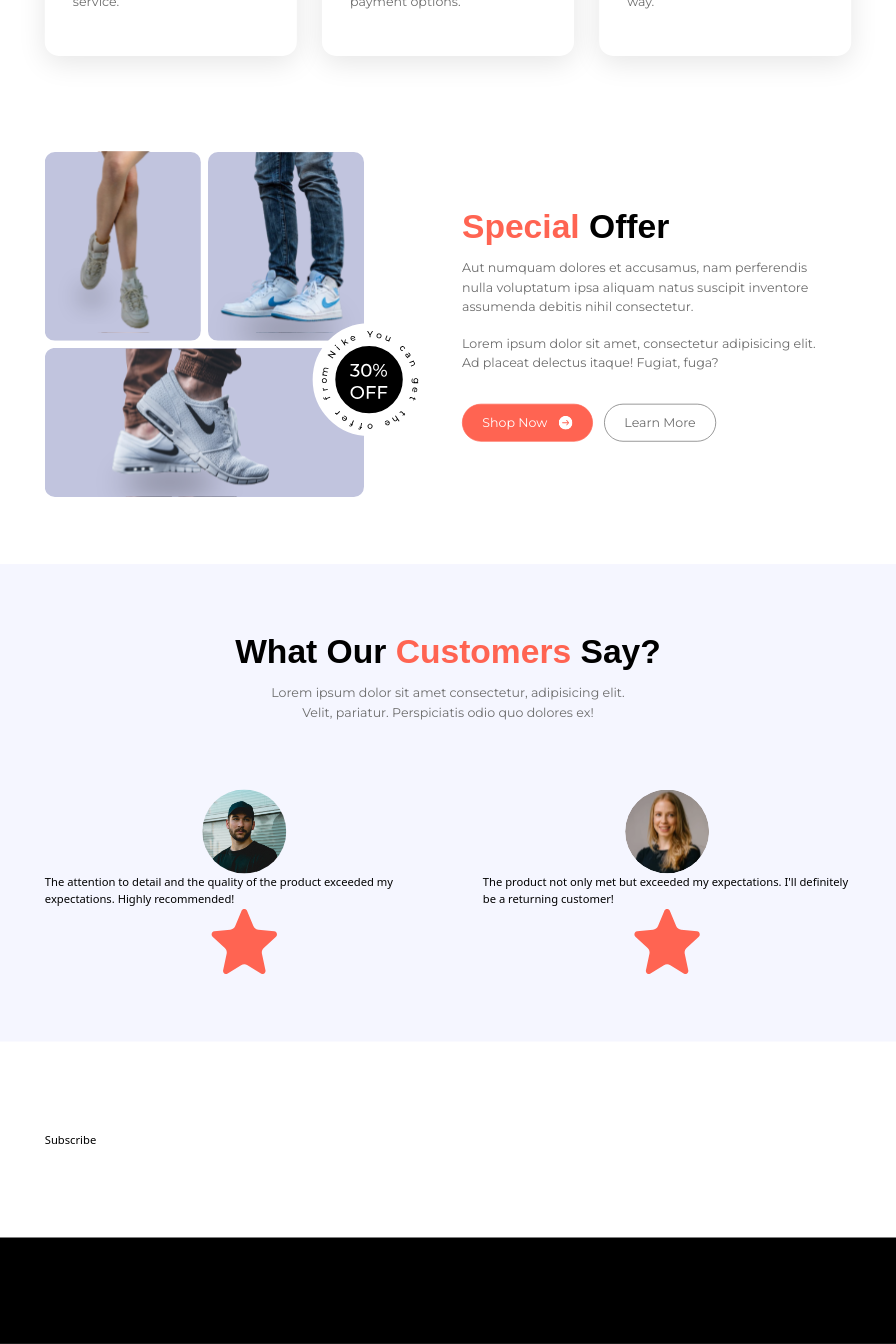
Repository: tynoschuck/nike-landpage
Page: /
The author's editor kept a copy of each file at every save. The page is drawn from the files as they stood at one save, then again after the next save.
The browser window is 1280 px wide. The pictures show the part of the page from y = 2627 to 4547 px (the page is 4547 px tall before and 4475 px after), at 70% of full size.
Some web fonts or font styles are not loaded; a fallback is used. The project was rebuilt for these pictures with package versions that can differ from the ones it lists, and the page was loaded fresh each time. Also part of the build but not shown: vite.config.js.

Above is the page before, as saved 2023-12-01 12:20:48.

### index.html
<!doctype html>
<html lang="en">
  <head>
    <meta charset="UTF-8" />
    <link rel="icon" type="image/svg+xml" href="favicon.ico?" />
    <meta name="viewport" content="width=device-width, initial-scale=1.0" />
    <title>Nike Site</title>
  </head>
  <body>
    <div id="root"></div>
    <script type="module" src="/src/main.jsx"></script>
  </body>
</html>

### src/App.jsx
import Nav from "./components/Nav";
import { Hero, PopularProducts, CustomerReviews, Footer, Services, SpecialOffer, Subscribe, SuperQuality } from "./sections";

const App = () => (
  <main className="relative">
    <Nav />
    <section className="xl:padding-l wide:padding-r padding-b">
      <Hero />
    </section>
    <section className="padding">
      <PopularProducts />
    </section>
    <section className="padding">
      <SuperQuality />
    </section>
    <section className="padding-x py-10">
      <Services />
    </section>
    <section className="padding">
      <SpecialOffer />
    </section>
    <section className="padding bg-pale-blue">
      <CustomerReviews />
    </section>
    <section className="padding-x sm:py-32 py-16 w-full">
      <Subscribe />
    </section>
    <section className="padding-x padding-t pb-8 bg-black">
      <Footer />
    </section>
  </main>
);

export default App;

### src/components/Nav.jsx
import { headerLogo } from '../assets/images';
import { hamburger } from '../assets/icons';
import { navLinks } from '../constants';

const Nav = () => {
  return (
    <header className='padding-x py-8 absolute z-10 w-full'>
      <nav className='flex justify-between items-center max-container'>
        <a href="/">
          <img
            src={headerLogo}
            alt="logo"
            width={130}
            height={29}
          />
        </a>
        <ul className='flex-1 flex justify-center items-center gap-16 max-lg:hidden'>
          {navLinks.map((item) => (
            <li key={item.label}>
              <a
                href={item.href}
                className="font-montserrat leading-normal text-lg text-slate-gray"
              >
                {item.label}
              </a>
            </li>
          ))}
        </ul>
        <div className='hidden max-lg:block'>
          <img
            src={hamburger}
            alt="Hamburger"
            width={25}
            height={25}
          />
        </div>
      </nav>
    </header>
  )
}

export default Nav

### src/sections/index.js
import Hero from "./Hero";
import PopularProducts from "./PopularProducts";
import Footer from "./Footer";
import CustomerReviews from "./CustomerReviews";
import Services from "./Services";
import SpecialOffer from "./SpecialOffer";
import Subscribe from "./Subscribe";
import SuperQuality from "./SuperQuality";

export {
  Hero,
  PopularProducts,
  Footer,
  CustomerReviews,
  Services,
  SpecialOffer,
  Subscribe,
  SuperQuality,
};

### src/assets/images/index.js
import bigShoe1 from './big-shoe1.png'
import bigShoe2 from './big-shoe2.png'
import bigShoe3 from './big-shoe3.png'

import customer1 from './customer1.jpeg'
import customer2 from './customer2.svg'

import footerLogo from './footer-logo.svg'
import headerLogo from './header-logo.svg'

import offer from './offer.svg'

import shoe4 from './shoe4.svg'
import shoe5 from './shoe5.svg'
import shoe6 from './shoe6.svg'
import shoe7 from './shoe7.svg'
import shoe8 from './shoe8.svg'

import thumbnailBackground from './thumbnail-background.svg'
import thumbnailShoe1 from './thumbnail-shoe1.svg'
import thumbnailShoe2 from './thumbnail-shoe2.svg'
import thumbnailShoe3 from './thumbnail-shoe3.svg'

export {
    bigShoe1,
    bigShoe2,
    bigShoe3,

    customer1,
    customer2,

    footerLogo,
    headerLogo,

    offer,
    shoe4,
    shoe5,
    shoe6,
    shoe7,
    shoe8,

    thumbnailBackground,
    thumbnailShoe1,
    thumbnailShoe2,
    thumbnailShoe3
}

### src/assets/icons/index.js
import arrowRight from './arrow-right.svg'
import chevronLeft from './chevron-left.svg'
import cheveronRight from './chevron-right.svg'
import copyrightSign from './copyright-sign.svg'
import facebook from './facebook.svg'
import hamburger from './hamburger.svg'
import instagram from './instagram.svg'
import support from './support.svg'
import shieldTick from './shield-tick.svg'
import star from './star.svg'
import truckFast from './truck-fast.svg'
import twitter from './twitter.svg'

export {
    arrowRight,
    cheveronRight,
    chevronLeft,
    copyrightSign,
    facebook,
    hamburger,
    instagram,
    support,
    shieldTick,
    star,
    truckFast,
    twitter
}

### src/constants/index.js
import { facebook, instagram, shieldTick, support, truckFast, twitter } from "../assets/icons";
import { bigShoe1, bigShoe2, bigShoe3, customer1, customer2, shoe4, shoe5, shoe6, shoe7, thumbnailShoe1, thumbnailShoe2, thumbnailShoe3 } from "../assets/images";

export const navLinks = [
    { href: "#home", label: "Home" },
    { href: "#about-us", label: "About Us" },
    { href: "#products", label: "Products" },
    { href: "#contact-us", label: "Contact Us" },
];

export const shoes = [
    {
        thumbnail: thumbnailShoe1,
        bigShoe: bigShoe1,
    },
    {
        thumbnail: thumbnailShoe2,
        bigShoe: bigShoe2,
    },
    {
        thumbnail: thumbnailShoe3,
        bigShoe: bigShoe3,
    },
];

export const statistics = [
    { value: '1k+', label: 'Brands' },
    { value: '500+', label: 'Shops' },
    { value: '250k+', label: 'Customers' },
];

export const products = [
    {
        imgURL: shoe4,
        name: "Nike Air Jordan-01",
        price: "$200.20",
        rating: "(4.2)",
    },
    {
        imgURL: shoe5,
        name: "Nike Air Jordan-10",
        price: "$210.20",
        rating: "(4.8)",
    },
    {
        imgURL: shoe6,
        name: "Nike Air Jordan-100",
        price: "$220.20",
        rating: "(4.5)",
    },
    {
        imgURL: shoe7,
        name: "Nike Air Jordan-001",
        price: "$230.20",
        rating: "(4.2)",
    },
];

export const services = [
    {
        imgURL: truckFast,
        label: "Free shipping",
        subtext: "Enjoy seamless shopping with our complimentary shipping service."
    },
    {
        imgURL: shieldTick,
        label: "Secure Payment",
        subtext: "Experience worry-free transactions with our secure payment options."
    },
    {
        imgURL: support,
        label: "Love to help you",
        subtext: "Our dedicated team is here to assist you every step of the way."
    },
];

export const reviews = [
    {
        imgURL: customer1,
        customerName: 'Morich Brown',
        rating: 4.5,
        feedback: "The attention to detail and the quality of the product exceeded my expectations. Highly recommended!"
    },
    {
        imgURL: customer2,
        customerName: 'Lota Mongeskar',
        rating: 4.5,
        feedback: "The product not only met but exceeded my expectations. I'll definitely be a returning customer!"
    }
];


export const footerLinks = [
    {
        title: "Products",
        links: [
            { name: "Air Force 1", link: "/" },
            { name: "Air Max 1", link: "/" },
            { name: "Air Jordan 1", link: "/" },
            { name: "Air Force 2", link: "/" },
            { name: "Nike Waffle Racer", link: "/" },
            { name: "Nike Cortez", link: "/" },
        ],
    },
    {
        title: "Help",
        links: [
            { name: "About us", link: "/" },
            { name: "FAQs", link: "/" },
            { name: "How it works", link: "/" },
            { name: "Privacy policy", link: "/" },
            { name: "Payment policy", link: "/" },
        ],
    },
    {
        title: "Get in touch",
        links: [
            { name: "customer@nike.com", link: "mailto:customer@nike.com" },
            { name: "+92554862354", link: "tel:+92554862354" },
        ],
    },
];

export const socialMedia = [
    { src: facebook, alt: "facebook logo" },
    { src: twitter, alt: "twitter logo" },
    { src: instagram, alt: "instagram logo" },
];

### src/sections/Hero.jsx
import { useState } from "react";
import { arrowRight } from "../assets/icons";
import Button from "../components/Button";
import { shoes, statistics } from "../constants";
import { bigShoe1 } from "../assets/images";
import Shoecard from "../components/Shoecard";

const Hero = () => {

  const [bigShoeImg, setBigShoeImg] = useState(bigShoe1)

  return (
    <section
      id="home"
      className="w-full flex xl:flex-row flex-col justify-center min-h-screen gap-10 max-container">
        <div className="relative xl:w-2/5 flex flex-col justify-center items-start w-full max-xl:padding-x pt-28">
          <p className="text-xl font-montserrat text-coral-red">Our Summer Collection</p>
          <h1 className="mt-10 font-palanquin text-8xl max-sm:text-[72px] max-sm:leading-[82px] font-bold">
            <span className="xl:bg-white xl:whitespace-nowrap relative z-10 pr-10">The New Arrival</span>
            <br />
            <span className="text-coral-red inline-block mt-3">Nike</span> Shoes
          </h1>
          <p className="font-montserrat text-slate-gray text-lg leading-8 mt-6 mb-14 sm:max-w-sm"> Discover the new arrivals</p>
          <Button label='Shop now' iconUrl={arrowRight}/>
          <div className="flex justify-start items-start flex-wrap w-full mt-20 gap-16">
            {statistics.map((stat) => (
              <div key={stat.label}>
                <p className="text-4xl font-palanquin font-bold">
                  {stat.value}
                </p>
                <p className="leading-7 font-montserrat text-slate-gray">
                  {stat.label}
                </p>
              </div>
            ))}
          </div>
        </div>
        <div className="relative flex-1 flex justify-center items-center xl:min-h-screen max-xl:py-40 bg-primary bg-hero bg-cover bg-center">
          <img
            src={bigShoeImg}
            alt="shoe collection"
            width={610}
            height={500}
            className="object-contain relative z-10"
          />
          <div className="flex sm:gap-6 gap-4 absolute -bottom-[5%] sm:left-[10%] max-sm:px-6">
            {shoes.map((shoe,) => (
              <div key={shoe}>
                <Shoecard
                  imgURL={shoe}
                  changeBigShoeImage={(shoe) => setBigShoeImg (shoe)}
                  bigShoeImg={bigShoeImg}
                />
              </div>
            ))}
          </div>

        </div>
      </section>
  )
}

export default Hero

### src/sections/PopularProducts.jsx
import PopularProductCard from "../components/PopularProductCard"
import { products } from "../constants"

const PopularProducts = () => {
  return (
    <section
      id="products"
      className="max-container max-sm:mt-12"
    >
      <div className="flex flex-col justify-start gap-5">
        <h2 className="text-4xl font-palanquin font-bold">Lorem <span className="text-coral-red
        ">ipsum</span> dolor sit amet </h2>
        <p className="lg:max-w-lg mt-2 font-montserrat">Deleniti aliquid, dolorum quod velit possimus quibusdam sed sit voluptatum hic minima. </p>
      </div>
      <div className="mt-16 grid lg:grid-cols-4 md:grid-cols-3 sm:grid-cols-2 grid-cols-1 sm:gap-6 gap-14">
        {products.map((product) =>(
          <PopularProductCard
            key={product.name}
            {...product}
          />
        ))}
      </div>
    </section>
  )
}

export default PopularProducts

### src/sections/CustomerReviews.jsx
import ReviewCard from "../components/ReviewCard"
import { reviews } from "../constants"

const CustomerReviews = () => {
  return (
    <section className="max-container">
      <h3 className="font-palanquin text-center text-4xl font-bold">
        What Our <span className="text-coral-red">Customers</span> Say?
      </h3>
      <p className="info-text m-auto mt-4 max-w-lg text-center">
        Lorem ipsum dolor sit amet consectetur, adipisicing elit. Velit, pariatur. Perspiciatis odio quo dolores ex!
      </p>
      <div className="mt-24 flex flex-1 justify-evenly items-center max-lg:flex-col gap-14">
        {reviews.map((review) => (
          <ReviewCard
            key={review.customerName}
            imgURL={review.imgURL}
            customerName={review.customerName}
            rating={review.rating}
            feedback={review.feedback}
          />
        ))}
      </div>
    </section>
  )
}

export default CustomerReviews

### src/sections/Services.jsx
import ServiceCard from "../components/ServiceCard"
import { services } from "../constants"

const Services = () => {
  return (
    <section className="max-container flex justify-center flex-wrap gap-9">
      {services.map((service) => (
        <ServiceCard
        key={service.label}
        {...service} />
      ))}
    </section>
  )
}

export default Services

### src/sections/SpecialOffer.jsx
import { arrowRight } from "../assets/icons"
import { offer } from "../assets/images"
import Button from "../components/Button"

const SpecialOffer = () => {
  return (
    <section className="flex justify-wrap items-center max-xl:flex-col-reverse gap-10 max-container">
      <div className="flex-1">
        <img
          src={offer}
          width={772}
          height={687}
          className="object-contain w-full"
        />
      </div>
      <div className="flex flex-1 flex-col">
        <h2 className="font-palanquin text-4xl capitalize font-bold lg:max-w-lg">
          <span className="text-coral-red">Special</span> Offer
        </h2>
        <p className="mt-4 lg:max-w-lg info-text">Aut numquam dolores et accusamus, nam perferendis nulla voluptatum ipsa aliquam natus suscipit inventore assumenda debitis nihil consectetur.</p>
        <p className="mt-6 lg:max-w-lg info-text">Lorem ipsum dolor sit amet, consectetur adipisicing elit. Ad placeat delectus itaque! Fugiat, fuga?</p>
        <div className="mt-11 flex flex-wrap gap-4">
          <Button
          label='Shop Now'
          iconUrl={arrowRight}
          />
          <Button
          label='Learn More'
          backgroundColor='bg-white'
          borderColor='border-slate-gray'
          textColor='text-slate-gray'
          />
        </div>
      </div>
    </section>
  )
}

export default SpecialOffer

### src/sections/SuperQuality.jsx
import Button from "../components/Button"
import { shoe8 } from "../assets/images"

const SuperQuality = () => {
  return (
    <section
      id="about-us"
      className="flex justify-between items-center max-lg:flex-col gap-10 w-full max-container"
    >
      <div className="flex flex-1 flex-col">
        <h2 className="font-palanquin text-4xl capitalize font-bold lg:max-w-lg">
          We Provide You <span className="text-coral-red">Super</span> <span className="text-coral-red">Quality</span> Shoes

        </h2>
        <p className="mt-4 lg:max-w-lg info-text">Lorem ipsum dolor sit amet, consectetur adipisicing elit. Aut numquam dolores et accusamus, nam perferendis nulla voluptatum ipsa aliquam natus suscipit inventore assumenda debitis nihil consectetur.</p>
        <p className="mt-6 lg:max-w-lg info-text">Ad placeat delectus itaque! Fugiat, fuga?</p>
        <div className="mt-11">
          <Button label='View Details' /></div>
        </div>
        <div className="flex-1 flex justify-center items-center">
          <img
            src={shoe8}
            alt="shoe8"
            width={570}
            height={522}
            className="object-contain"
          />
        </div>
    </section>
  )
}

export default SuperQuality

### src/components/Button.jsx
const Button = ({ label, iconUrl, backgroundColor, borderColor, textColor }) => {
  return (
    <button className={`flex justify-center items-center gap-2 px-7 py-4 border font-montserrat text-lg leading-none
    ${backgroundColor
    ? `${backgroundColor} ${textColor} ${borderColor}`
    :  'bg-coral-red  text-white border-coral-red'} rounded-full`}>
      {label}
      {iconUrl && <img
        src={iconUrl}
        alt="arrow right icon"
        className="ml-2 rounded-full w-5 h-5"
      />}
    </button>
  )
}

export default Button

### src/components/Shoecard.jsx
const Shoecard = ({ imgURL, changeBigShoeImage, bigShoeImg }) => {

  const handleClick =() => {
    if(bigShoeImg !== imgURL.bigShoe) {
      changeBigShoeImage(imgURL.bigShoe)
    }
  }

  return (
    <div
      className={`border-2 rounded-xl ${bigShoeImg === imgURL.bigShoe ? 'border-coral-red' : 'border-transparent'} cursor-pointer max-sm:flex-1`}
      onClick={handleClick}
    >
      <div className="flex justify-center items-center bg-card bg-center bg-cover sm:w-40 sm:h-40 rounded-xl max-sm:p-4">
        <img
          src={imgURL.thumbnail}
          alt='shoe collection'
          width={127}
          height={103}
          className="object-contain"
        />
      </div>
    </div>
  )
}

export default Shoecard

### src/components/PopularProductCard.jsx
import { star } from "../assets/icons"

const PopularProductCard = ({ imgURL, name, price, rating }) => {
  return (
    <div className="flex flex-1 flex-col w-full max-sm:w-full">
      <img src={imgURL} alt={name} height={280} width={280} />
      <div className="mt-8 flex justify-start gap-2.5">
        <img src={star} alt="rating" height={24} width={24} />
        <p className="font-montserrat text-xl leading-normal text-slate-gray">{rating}</p>
      </div>
      <h3 className="mt-2 text-2xl leading-normal font-semibold font-palanquin">{name}</h3>
      <p className="mt-2 font-semibold font-montserrat text-coral-red text-2xl leading-normal">{price}</p>
    </div>
  )
}

export default PopularProductCard

### src/components/ReviewCard.jsx
import { star } from "../assets/icons"

const ReviewCard = ({ imgURL, customerName, rating, feedback }) => {
  return (
    <div className="flex justify-center items-center flex-col">
      <img
        src={imgURL}
        alt="customer"
        className="rounded-full object-cover"
        width={120}
        height={120}
      />
      <p>{feedback}</p>
      <div>
        <img
        src={star}
        alt="star"
        className="w-24 h-24 object-contain m-0"
        width={20}
        />
      </div>
    </div>
  )
}

export default ReviewCard

### src/components/ServiceCard.jsx
const ServiceCard = ({ imgURL, label, subtext }) => {
  return (
    <div className="flex-1 sm:w-[350px] sm:min-w-[350px] w-full rounded-[20px] shadow-3xl px-10 py-16">
      <div className="w-11 h-11 flex justify-center items-center bg-coral-red rounded-full">
        <img src={imgURL} alt={label} width={24} height={24} />
      </div>
      <h3 className="mt-5 font-palanquin text-3xl leading-normal font-bold">{label}</h3>
      <p className="mt-3 break-words font-montserrat text-lg leading-normal text-slate-gray">{subtext}</p>
    </div>
  )
}

export default ServiceCard

Loaded but not shown: src/main.jsx (common file); src/index.css (common file); src/sections/Footer.jsx (common file); src/sections/Subscribe.jsx (common file); tailwind.config.js (common file)

After the next save:
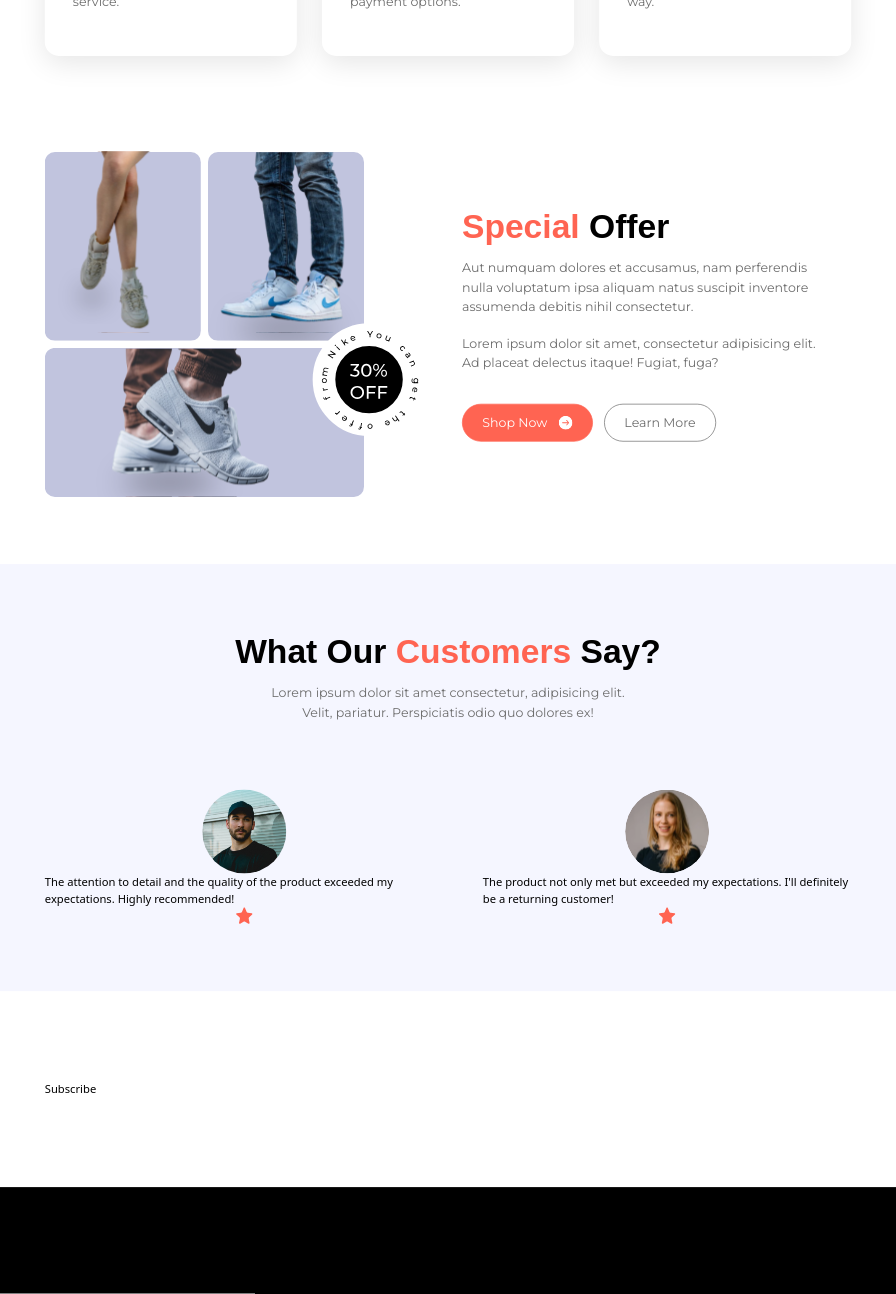
Saved 23 s later.
--- a/src/components/ReviewCard.jsx
+++ b/src/components/ReviewCard.jsx
@@ -15,8 +15,9 @@
         <img
         src={star}
         alt="star"
-        className="w-24 h-24 object-contain m-0"
-        width={20}
+        className="object-contain m-0"
+        width={24}
+        height={24}
         />
       </div>
     </div>
